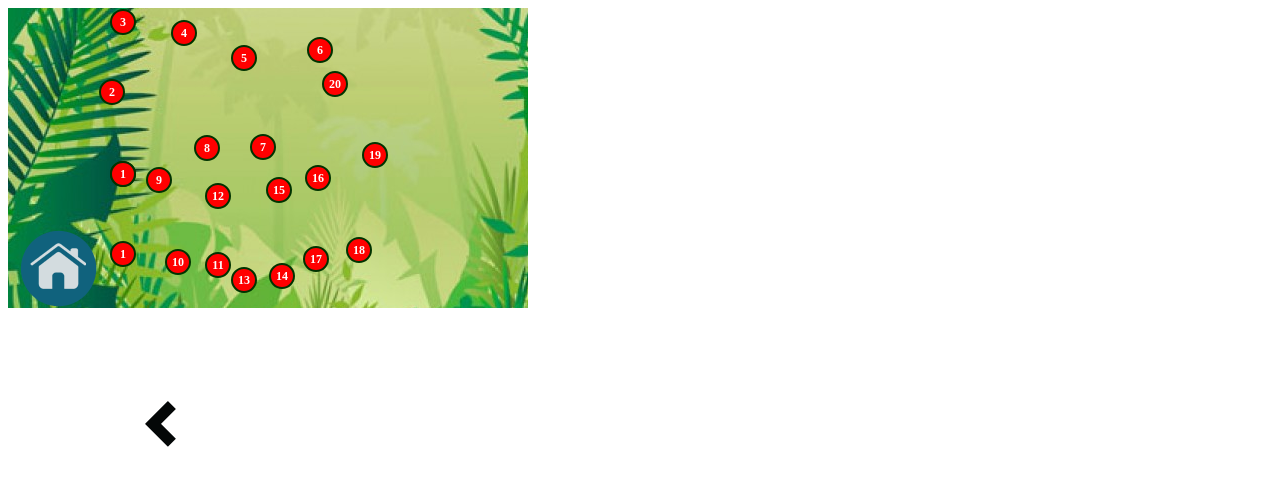
Repository: RathipriyaChandrasekaran/dotlite
Page: ConnectDots/animals.html
An editor plug-in stored every save of this project. The page is shown before and after the next save, followed by the edit.
The browser window is 1280 px wide. The pictures show the whole page.

Above is the page before, as saved 2014-12-15 16:26:37.

After the next save:
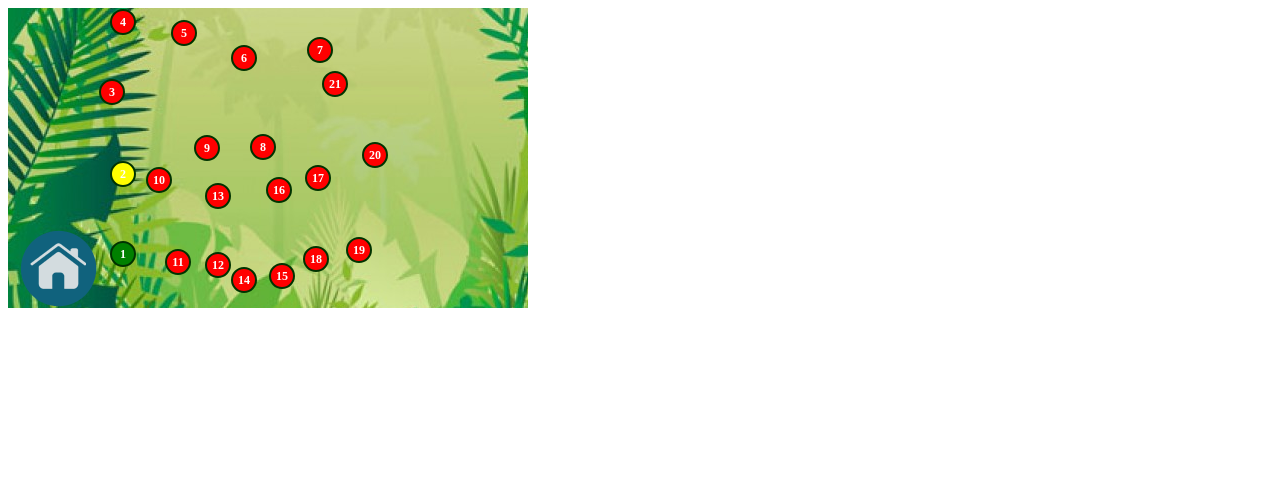
Console error (its wording comes from the project's code and is left out).
Saved 37 s later.
--- a/ConnectDots/animals.html
+++ b/ConnectDots/animals.html
@@ -12,7 +12,7 @@
 
   <div id="homebutton">
      <a href="menupage.html"><img src="images/homebutton.png" ></img></a>
-     <img src="images/arrowkeys.png" id="leftarrow" style=" position: absolute; top:130px !important; margin-left: 0px!important;"></img>
+
   </div>
 
   <script type="text/javascript">
@@ -68,17 +68,17 @@
             	  point = animal.points[1];
             	  drawCircle(point, 2, readyToConnectClr);
 
-            	   for(var i=1;i<animal.points.length;i++) {
+            	   for(var i=2;i<animal.points.length;i++) {
                 	   var point = animal.points[i];
-                	   drawCircle(point, i);
+                	   drawCircle(point, i+1);
                 	  }
 
             });
 
-             function drawCircle(point, text) {
+             function drawCircle(point, text,_clr) {
                context.beginPath();
                context.arc(point.x, point.y, radius, 0, 2 * Math.PI, false);
-               context.fillStyle = clr;
+               context.fillStyle = _clr||clr;
                context.fill();
                context.lineWidth = 2;
                context.strokeStyle = '#003300';
